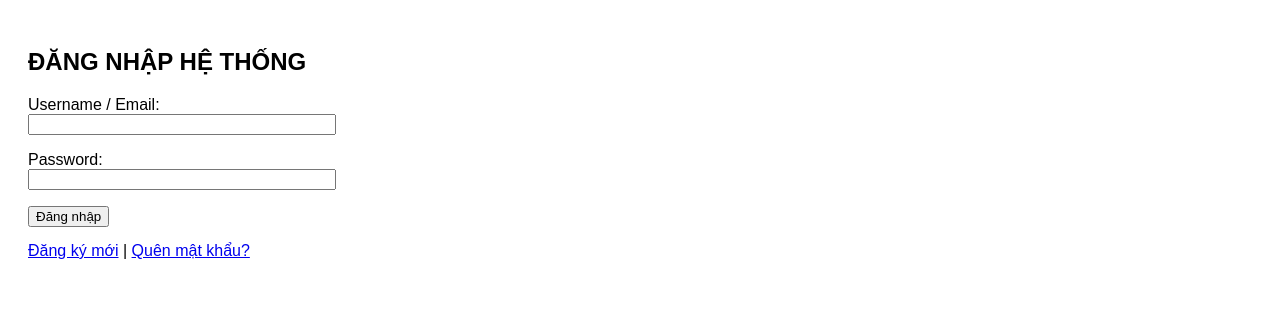
Repository: tanguyenhuy/LapTrinhWeb_BT4
Page: http://localhost/bt1/views/login.jsp
These files come from the project's save history. The page is drawn as it stood at one moment and after the next save; the edit follows.
The browser window is 1280 px wide. The pictures show the whole page.
The page is served by Tomcat 10. Nobody is signed in. The application's start-up code is not run.

Above is the page before, as saved 2026-08-29 04:05:28.

After the next save:
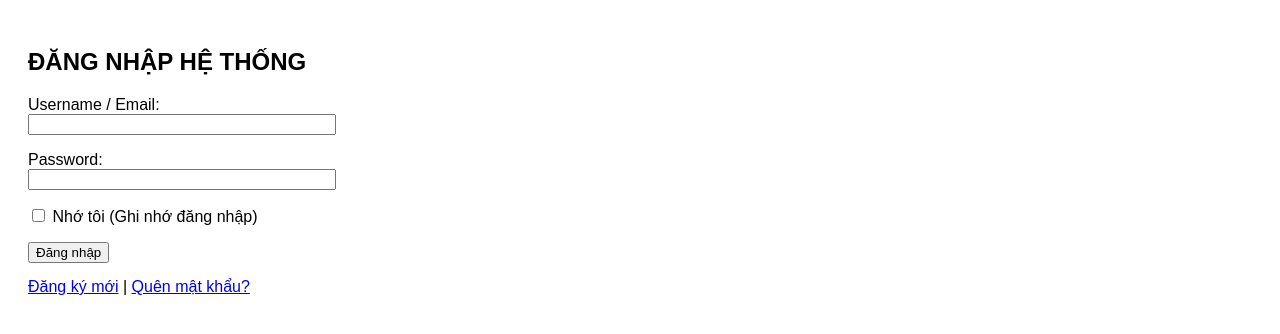
Saved 3 h 27 min later.
--- a/bt1/src/main/webapp/views/login.jsp
+++ b/bt1/src/main/webapp/views/login.jsp
@@ -8,13 +8,21 @@
     <c:if test="${message != null}"><p style="color: green;">${message}</p></c:if>
     <c:if test="${error != null}"><p style="color: red;">${error}</p></c:if>
     <form action="${pageContext.request.contextPath}/login" method="post" style="width: 300px;">
-        <p>Username / Email: <input type="text" name="account" required style="width: 100%;"></p>
-        <p>Password: <input type="password" name="password" required style="width: 100%;"></p>
-        <button type="submit">Đăng nhập</button>
-        <div style="margin-top: 15px;">
-            <a href="${pageContext.request.contextPath}/register">Đăng ký mới</a> |
-            <a href="${pageContext.request.contextPath}/forgot-password">Quên mật khẩu?</a>
-        </div>
-    </form>
+    <p>Username / Email: <input type="text" name="account" required style="width: 100%;"></p>
+    <p>Password: <input type="password" name="password" required style="width: 100%;"></p>
+
+    <!-- Checkbox ghi nhớ cookie -->
+    <p>
+        <label>
+            <input type="checkbox" name="remember" value="on"> Nhớ tôi (Ghi nhớ đăng nhập)
+        </label>
+    </p>
+
+    <button type="submit">Đăng nhập</button>
+    <div style="margin-top: 15px;">
+        <a href="${pageContext.request.contextPath}/register">Đăng ký mới</a> |
+        <a href="${pageContext.request.contextPath}/forgot-password">Quên mật khẩu?</a>
+    </div>
+</form>
 </body>
 </html>
